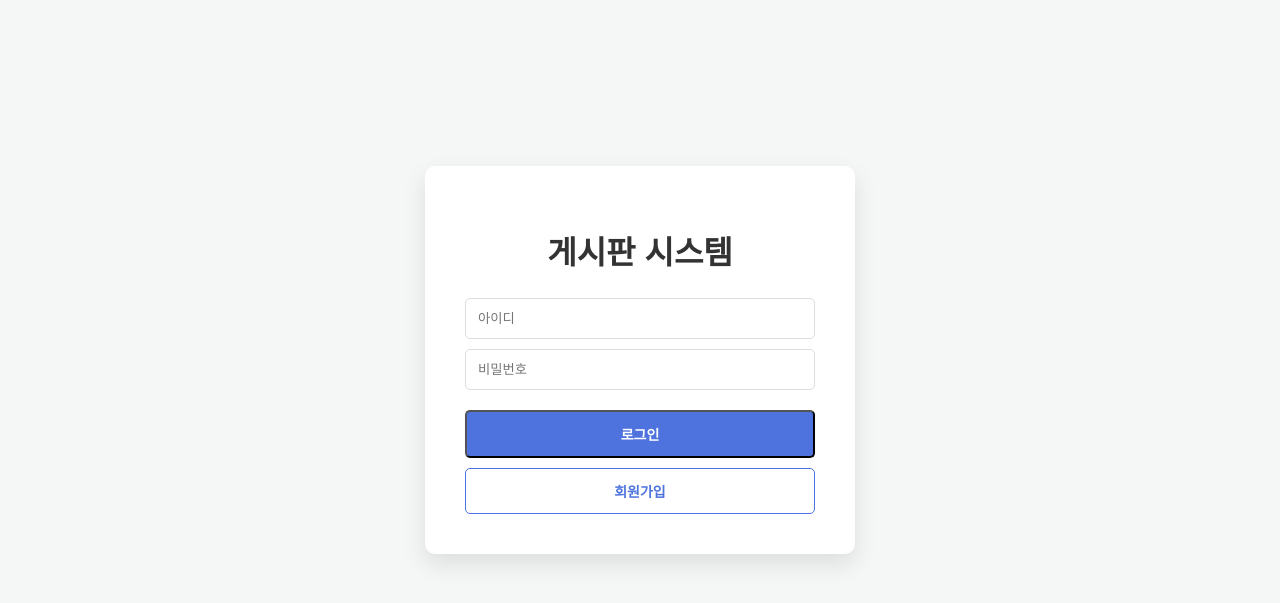
Repository: cjoh0407-ctrl/spring_legacy_project
Page: http://localhost/project/
The author's editor kept a copy of each file at every save. The page is drawn from the files as they stood at one save, then again after the next save.
The browser window is 1280 px wide. The pictures show the whole page.
The page is served by Tomcat 10. Nobody is signed in. The application's start-up code is not run. Other server files are loaded and not shown.

Above is the page before, as saved 2026-01-05 07:15:13.

### project/src/main/webapp/index.jsp
<%@ page language="java" contentType="text/html; charset=UTF-8" pageEncoding="UTF-8"%>
<!DOCTYPE html>
<html>
<head>
    <meta charset="UTF-8">
    <title>게시판 시스템 로그인</title>
    <style>
        body { font-family: 'Arial', sans-serif; background-color: #f4f7f6; margin: 0; display: flex; justify-content: center; align-items: center; height: 100vh; }
        .container { background: white; padding: 40px; border-radius: 10px; box-shadow: 0 10px 25px rgba(0,0,0,0.1); text-align: center; width: 350px; }
        h1 { color: #333; margin-bottom: 25px; }
        input { width: 100%; padding: 12px; margin-bottom: 10px; border: 1px solid #ddd; border-radius: 5px; box-sizing: border-box; }
        .btn-group { display: flex; flex-direction: column; gap: 10px; margin-top: 10px; }
        .btn {
			    display: block;
			    padding: 12px;
			    text-decoration: none;
			    border-radius: 5px;
			    font-weight: bold;
			    cursor: pointer;
			    width: 100%;
			    box-sizing: border-box; /* 크기 어긋남 방지 */
			    font-size: 14px;        /* 폰트 크기 살짝 조정 */
			    transition: 0.3s;       /* 부드러운 효과 */
			}

        .btn-login { background-color: #4e73df; color: white; }
        .btn-register { background-color: white; border: 1px solid #4e73df; color: #4e73df; }
    </style>
</head>
<body>

    <div class="container">
        <h1>게시판 시스템</h1>

        <form action="${pageContext.request.contextPath}/member/login" method="post">
            <input type="text" name="id" placeholder="아이디" required>
            <input type="password" name="password" placeholder="비밀번호" required>

            <div class="btn-group">
                <button type="submit" class="btn btn-login">로그인</button>
                <a href="${pageContext.request.contextPath}/member/join" class="btn btn-register">
                    회원가입
                </a>
            </div>
        </form>
    </div>

    <script>
    // 컨트롤러에서 rttr.addFlashAttribute로 보낸 "msg"가 있다면 알림창을 띄움
    var msg = "${msg}";
    var error = "${error}";
    if(msg) alert(msg);
    if(error) alert(error);
	</script>

</body>
</html>

After the next save:
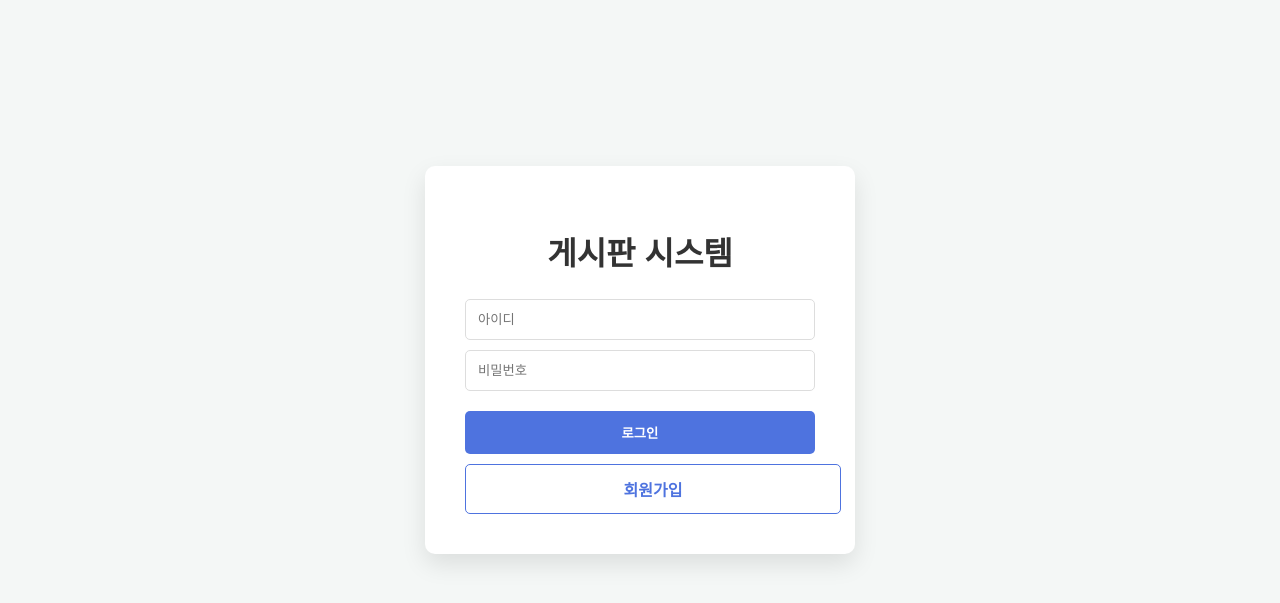
Saved 11 s later.
--- a/project/src/main/webapp/index.jsp
+++ b/project/src/main/webapp/index.jsp
@@ -10,19 +10,7 @@
         h1 { color: #333; margin-bottom: 25px; }
         input { width: 100%; padding: 12px; margin-bottom: 10px; border: 1px solid #ddd; border-radius: 5px; box-sizing: border-box; }
         .btn-group { display: flex; flex-direction: column; gap: 10px; margin-top: 10px; }
-        .btn {
-			    display: block;
-			    padding: 12px;
-			    text-decoration: none;
-			    border-radius: 5px;
-			    font-weight: bold;
-			    cursor: pointer;
-			    width: 100%;
-			    box-sizing: border-box; /* 크기 어긋남 방지 */
-			    font-size: 14px;        /* 폰트 크기 살짝 조정 */
-			    transition: 0.3s;       /* 부드러운 효과 */
-			}
-
+        .btn { display: block; padding: 12px; text-decoration: none; border-radius: 5px; font-weight: bold; cursor: pointer; border: none; width: 100%; }
         .btn-login { background-color: #4e73df; color: white; }
         .btn-register { background-color: white; border: 1px solid #4e73df; color: #4e73df; }
     </style>
